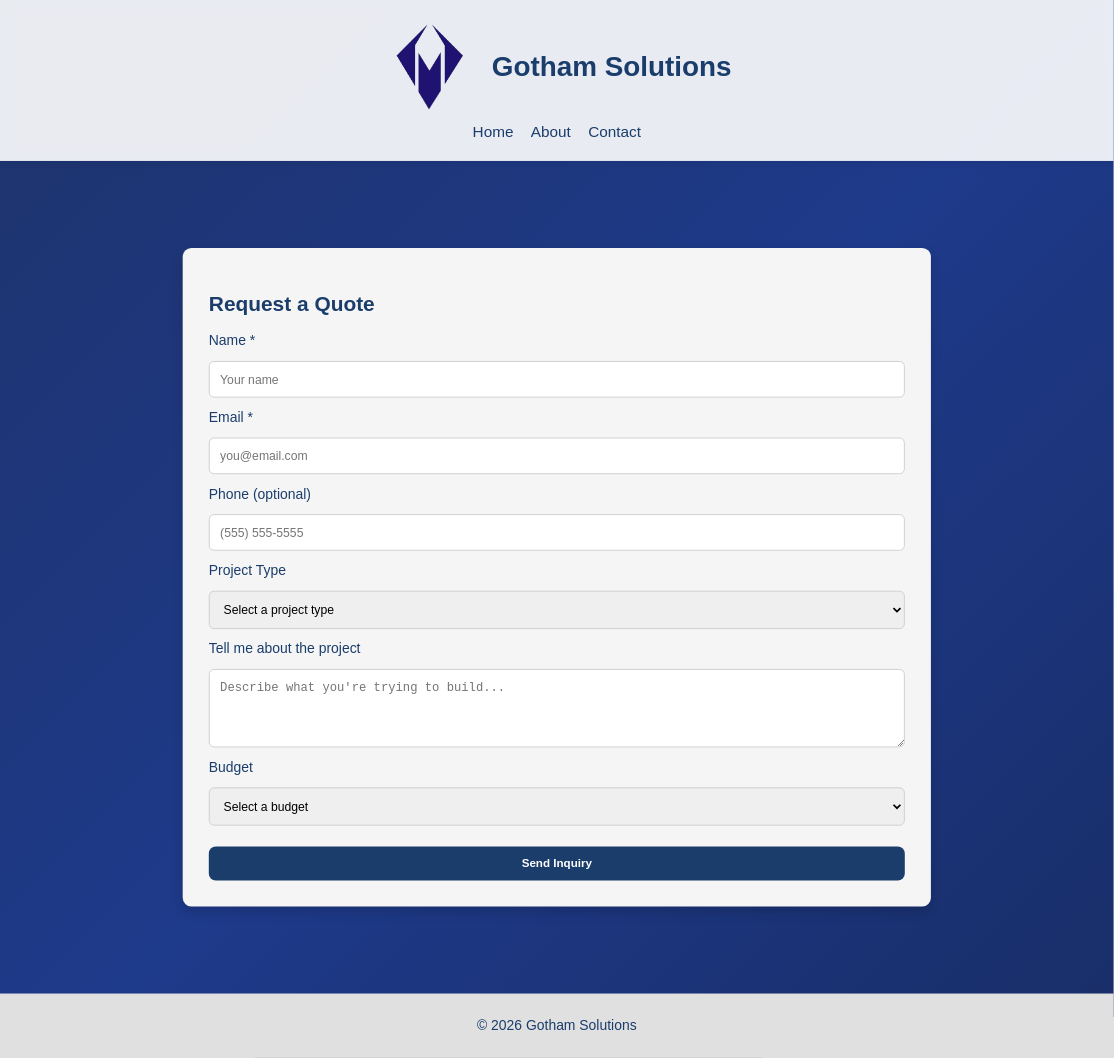
Repository: kmm569/gothamsolutions
Page: contact.html
These files come from the project's save history. The page is drawn as it stood at one moment and after the next save; the edit follows.
The browser window is 1280 px wide. The pictures show the whole page, at 87% of full size.

Above is the page before, as saved 2026-03-08 03:16:15.

After the next save:
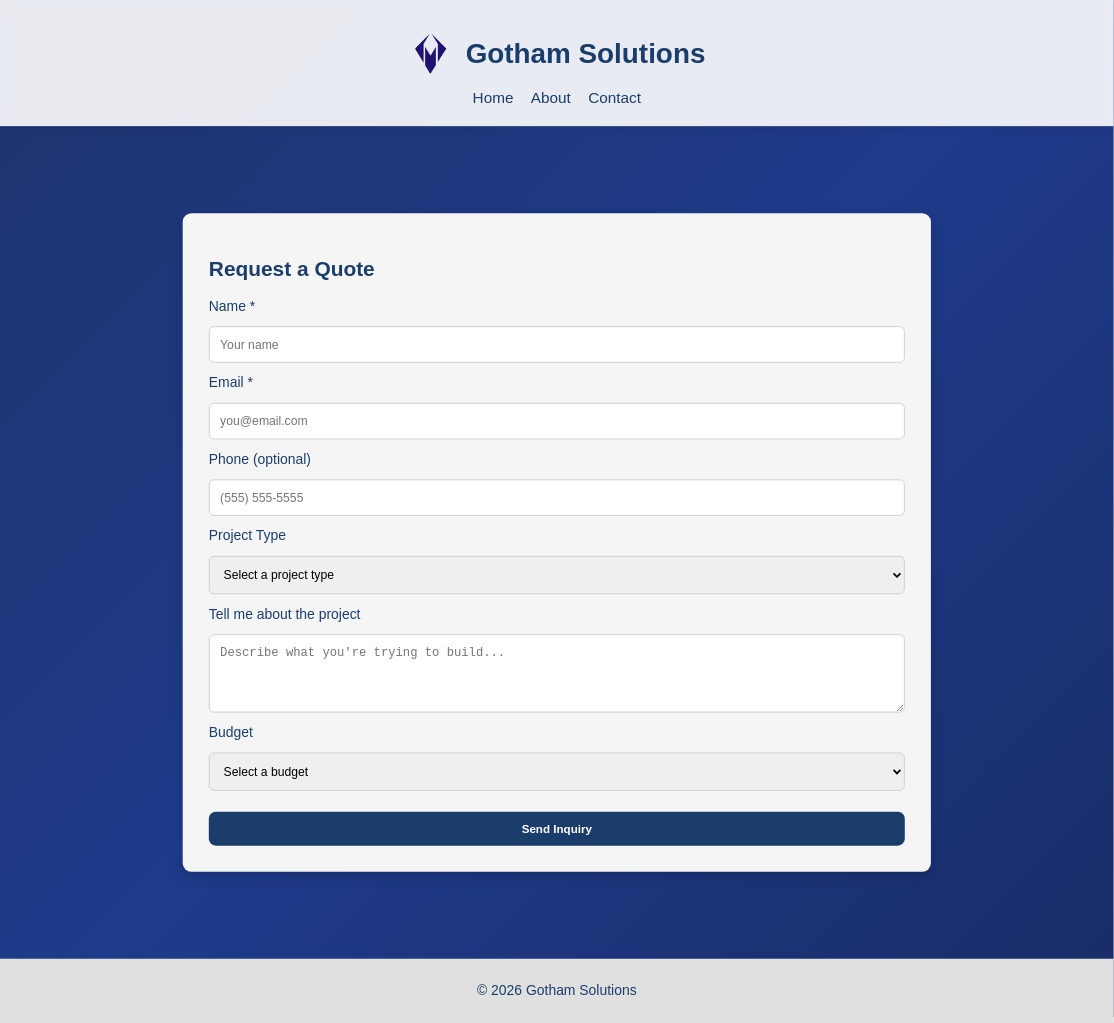
Saved 15 s later.
--- a/styles.css
+++ b/styles.css
@@ -38,12 +38,11 @@ header{
 .logo-container{
 	display:flex;
 	align-items:center;
-	gap:16px;
-	margin-bottom:10px;
+	gap:14px;
 }
 
 .logo{
-	width:110px;
+	height:52px;
 }
 
 nav ul{
